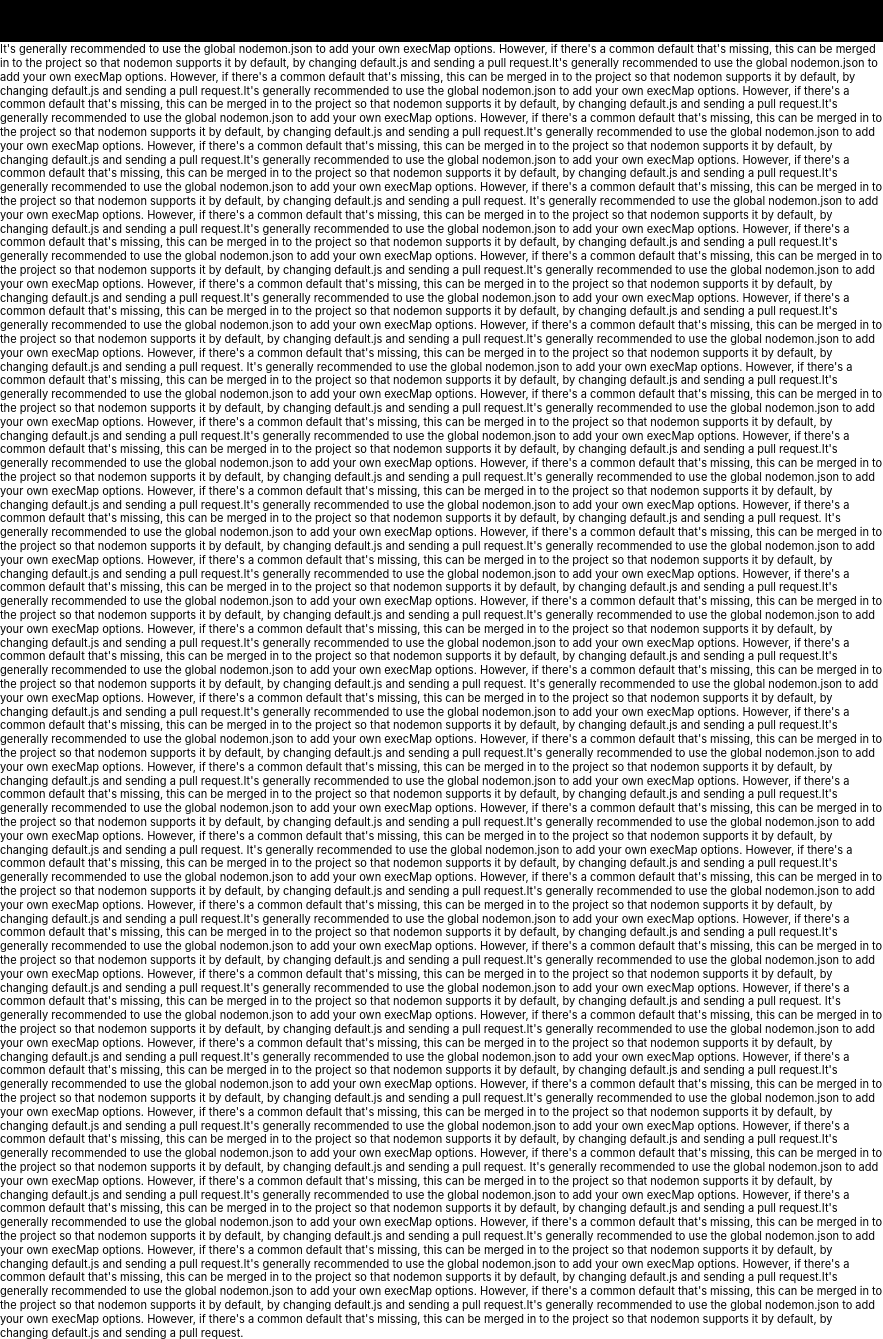
Repository: mr-joshi/Art-Of-House
Page: /
An editor plug-in stored every save of this project. The page is shown before and after a run of saves, followed by the edit.
The browser window is 1280 px wide. The pictures show the whole page, at 69% of full size.
The project was rebuilt for these pictures with package versions that can differ from the ones it lists, and the page was loaded fresh each time. The framework's server and built-in components were replaced by stand-ins that run in the browser. Also part of the build but not shown: next.config.js.

Above is the page before, as saved 2022-09-25 03:15:44.

After the next 6 saves:
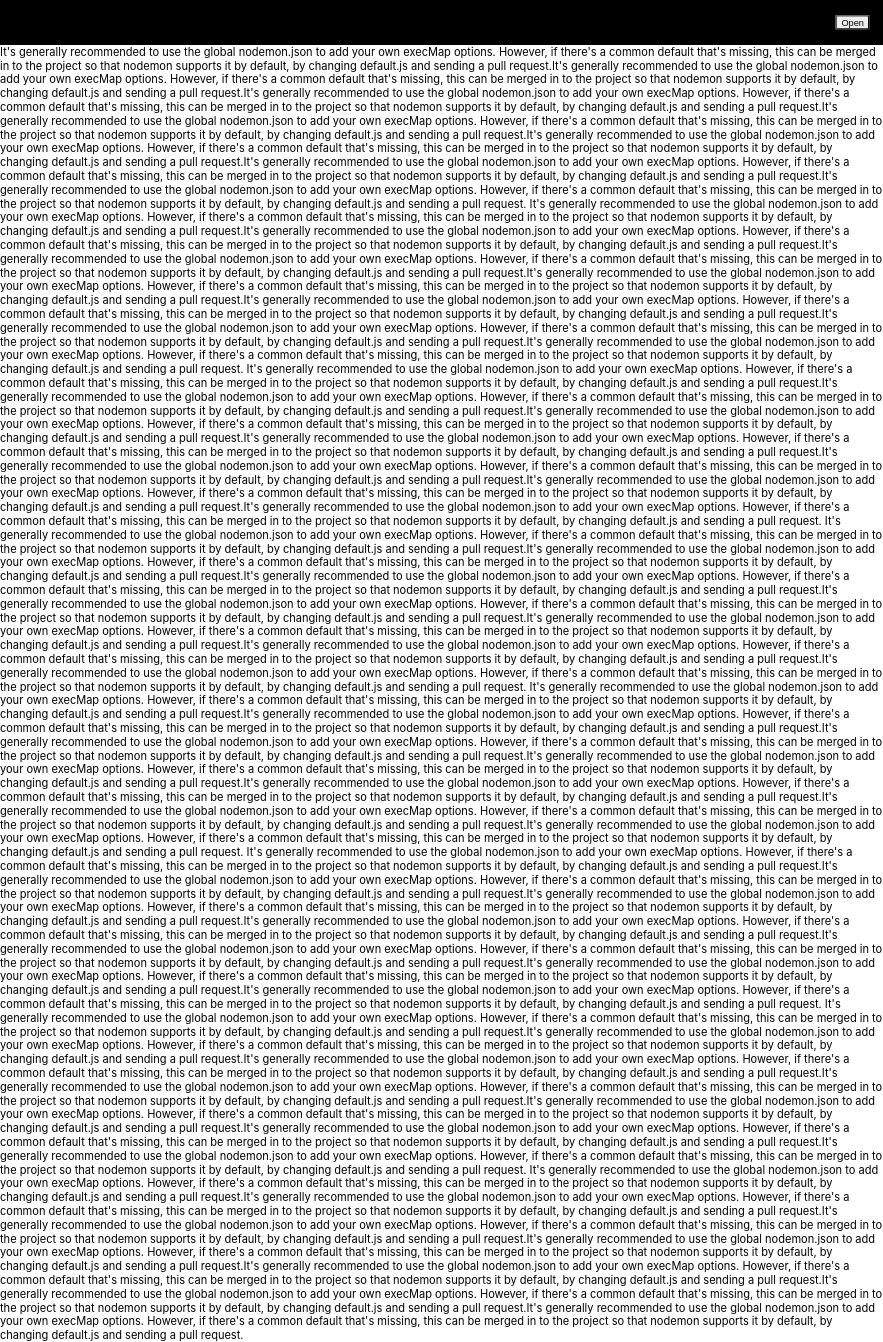
The 6 saves are shown as one change because 2 did not build or start and some came seconds apart.
The last was saved 36 s later.
--- a/components/header/Header.js
+++ b/components/header/Header.js
@@ -1,4 +1,4 @@
-import { Button, Drawer, DrawerBody, DrawerCloseButton, DrawerContent, DrawerHeader, DrawerOverlay, Radio, RadioGroup, Stack } from '@chakra-ui/react'
+import { Button, Drawer, DrawerBody, DrawerCloseButton, DrawerContent, DrawerHeader, DrawerOverlay, Radio, RadioGroup, Stack, useDisclosure } from '@chakra-ui/react'
 import React from 'react'
 
 function PlacementExample() {
@@ -46,6 +46,7 @@
         <div className='header_login_tags'>
           <div className='tag_login'>Join</div>
         </div>
+        {PlacementExample()}
       </div>
     </div>
   )
